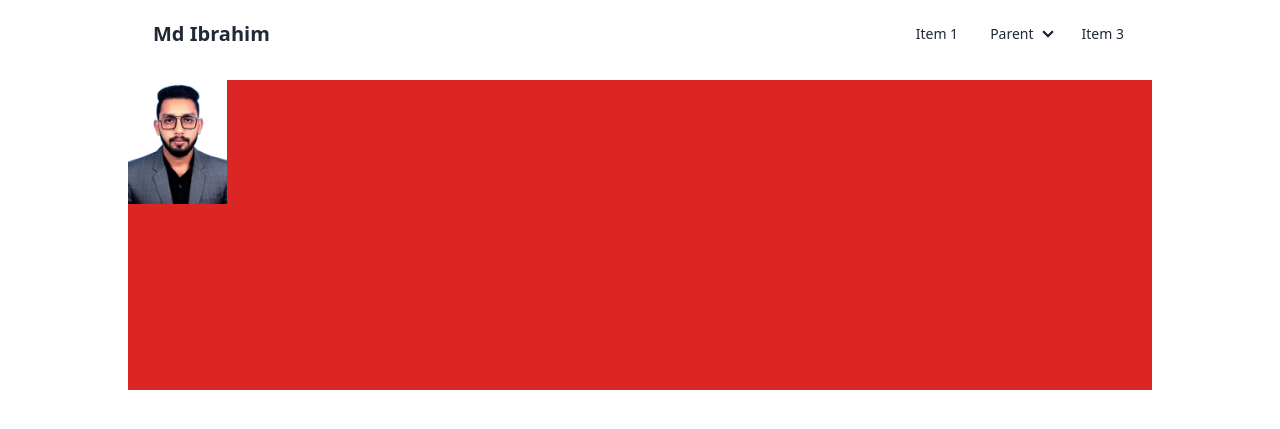
Repository: mdrubel02/portfilo
Page: /
The author's editor kept a copy of each file at every save. The page is drawn from the files as they stood at one save, then again after the next save.
The browser window is 1280 px wide. The pictures show the whole page.
The project was rebuilt for these pictures with package versions that can differ from the ones it lists, and the page was loaded fresh each time. Also part of the build but not shown: vite.config.js.

Above is the page before, as saved 2023-06-22 20:29:33.

After the next save:
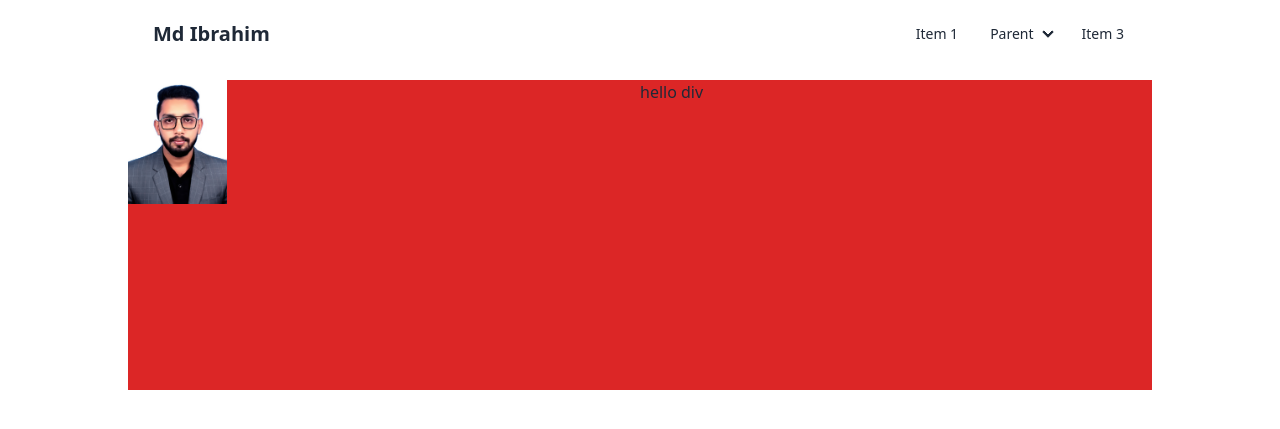
Saved 66 s later.
--- a/src/Pages/Home/Home.jsx
+++ b/src/Pages/Home/Home.jsx
@@ -6,11 +6,13 @@ const Home = () => {
         <div className='mt-3 '>
             <div className='h-[310px] bg-red-600 relative'>
                 <div className='flex'>
-                        <div class="absolute bottom-0 left-0 h-full">
+                    <div className='flex-1'>
+                        <div class=" absolute bottom-0 left-0 h-full">
                             <img className='h-2/5' src={profile} alt="profile" />
                         </div>
+                    </div>
 
-                    <div className=''><p>hello div</p></div>
+                    <div className='flex-1'><p>hello div</p></div>
                 </div>
             </div>
         </div>
